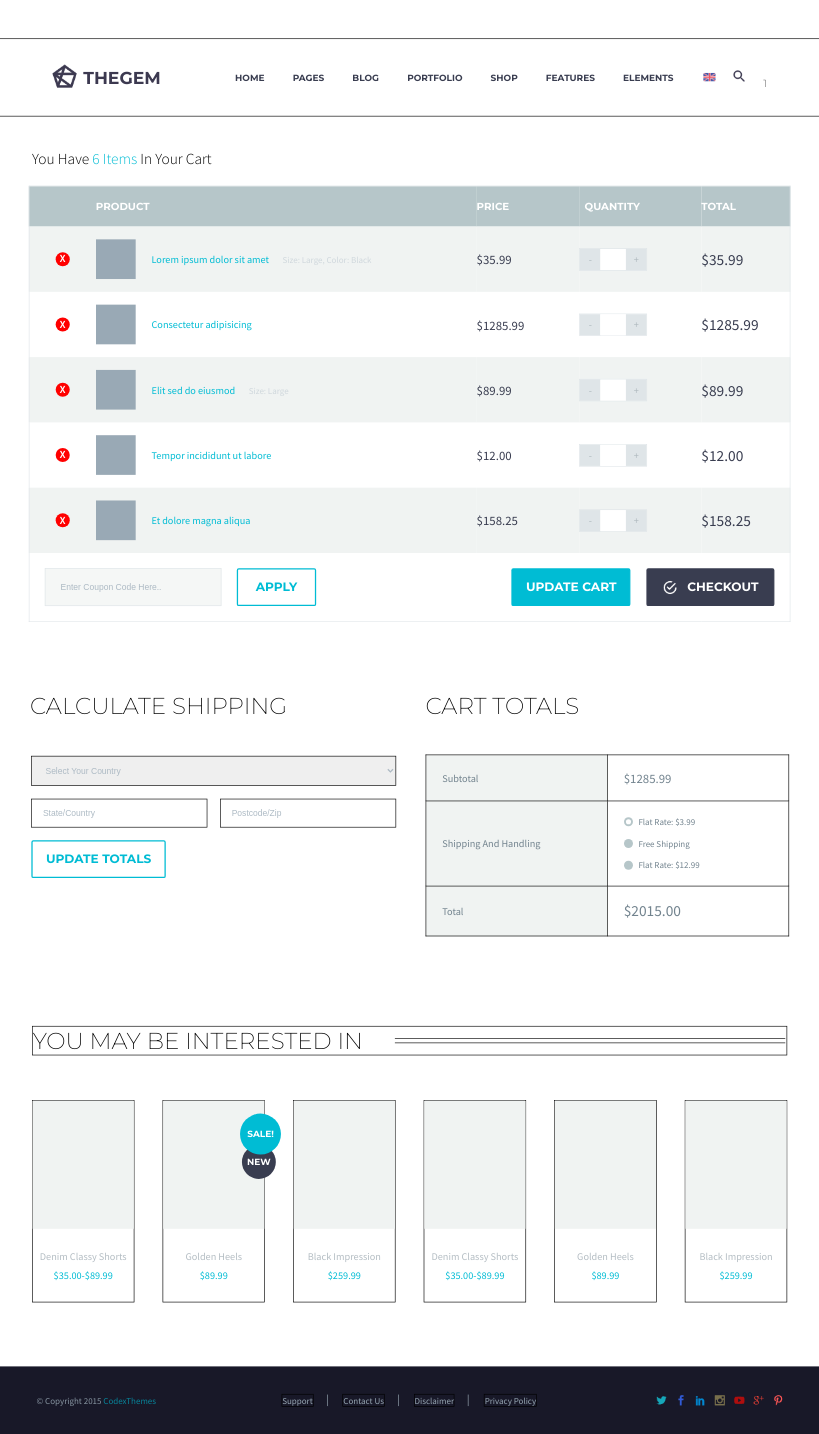
Repository: flylessbird/shop_cart
Page: html/page.html
The author's editor kept a copy of each file at every save. The page is drawn from the files as they stood at one save, then again after the next save.
The browser window is 1280 px wide. The pictures show the whole page, at 64% of full size.
The style sheet was rebuilt from its Sass, Less or Tailwind sources for each picture, by a compiler version that may differ from the author's.

Above is the page before, as saved 2022-05-11 11:07:45.

### html/page.html
<!DOCTYPE html>
<html lang="en">
  <head>
    <meta charset="UTF-8" />
    <meta http-equiv="X-UA-Compatible" content="IE=edge" />
    <meta name="viewport" content="width=device-width, initial-scale=1.0" />
    <title>Document</title>
    <link
    rel="stylesheet"
    href="https://cdnjs.cloudflare.com/ajax/libs/font-awesome/4.7.0/css/font-awesome.min.css"
  />
    <link
      href="https://fonts.googleapis.com/css2?family=Montserrat:wght@200;700&family=Source+Sans+Pro:wght@300;400&display=swap"
      rel="stylesheet"
    />
    <link rel="stylesheet" href="/fontawesome/css/all.min.css">
    <link rel="stylesheet" href="/css/page.css" />
  </head>
  <body>
    <div class="container">
      <nav class="nav" id="topnav">
        <ul class="logo">
          <li>
            <a href="#" class="side"><img src="/img/logo.png" alt="" /></a>
          </li>
          <li><a href="#" class="side gem">thegem</a></li>
        </ul>
        <ul class="logo_list1">
          <li><a href="#" class="mid">home</a></li>
          <li><a href="#" class="mid">pages</a></li>
          <li><a href="#" class="mid">blog</a></li>
          <li><a href="#" class="mid">portfolio</a></li>
          <li><a href="#" class="mid">shop</a></li>
          <li><a href="#" class="mid">features</a></li>
          <li><a href="#" class="mid">elements</a></li>
        </ul>

        <ul class="logo_list2">
          <li>
            <a href="" class="side"><img src="/img/uk.png" alt="" /></a>
          </li>
          <li>
            <a href="" class="side"><img src="/img/search.png" /></a>
          </li>
          <li class="shop_tag">
            <a href="" class="side"><i class="fa-solid fa-basket-shopping-simple"></i></a>
            <div class="tag">
              <span class="triangle"></span>
              <span class="square">1</span>
              </div>
          </li>
        </ul>
        <a href="javascript:void(0);" class="icon" onclick="myFunction()">
          <i class="fa fa-bars"></i>
        </a>

      </nav>
      <section class="table">
        <h2>you have<span> 6 items </span>in your cart</h2>
        <table class="detail">
          <tr class="head">
            <th></th>
            <th class="product_head"><span>product</span></th>
            <th><span>price</span></th>
            <th><span class="quantity_head">quantity</span></th>
            <th><span>total</span></th>
          </tr>

          <tr class="row">
            <td>
              <div class="close_cell"><span class="close_btn">x</span></div>
            </td>
            <td class="product_col">
              <div class="content">
                <span class="square"></span>
                <p class="text">
                  <span class="blue">Lorem ipsum dolor sit amet</span>
                  <span class="grey">size: large, color: black</span>
                </p>
              </div>
            </td>
            <td class="price_col">
              <span class="price">$35.99</span>
            </td>
            <td class="quantity_col">
              <div class="quantity">
                <div class="minus"><span>-</span></div>
                <input class="item"></input>
                <div class="plus"><span>+</span></div>
              </div>
            </td>
            <td class="total_col"><span class="total">$35.99</span></td>
          </tr>
          <tr class="row">
            <td>
              <div class="close_cell"><span class="close_btn">x</span></div>
            </td>
            <td class="product_col">
              <div class="content">
                <span class="square"></span>
                <p class="text">
                  <span class="blue">Consectetur adipisicing</span>
                </p>
              </div>
            </td>
            <td class="price_col">
              <span class="price">$1285.99</span>
            </td>
            <td class="quantity_col">
              <div class="quantity">
                <div class="minus"><span>-</span></div>
                <input class="item"></input>
                <div class="plus"><span>+</span></div>
              </div>
            </td>
            <td class="total_col"><span class="total">$1285.99</span></td>
          </tr>
          <tr class="row">
            <td>
              <div class="close_cell"><span class="close_btn">x</span></div>
            </td>
            <td class="product_col">
              <div class="content">
                <span class="square"></span>
                <p class="text">
                  <span class="blue">Elit sed do eiusmod</span>
                  <span class="grey">size: large</span>
                </p>
              </div>
            </td>
            <td class="price_col">
              <span class="price">$89.99</span>
            </td>
            <td class="quantity_col">
              <div class="quantity">
                <div class="minus"><span>-</span></div>
                <input class="item"></input>
                <div class="plus"><span>+</span></div>
              </div>
            </td>
            <td class="total_col"><span class="total">$89.99</span></td>
          </tr>
          <tr class="row">
            <td>
              <div class="close_cell"><span class="close_btn">x</span></div>
            </td>
            <td class="product_col">
              <div class="content">
                <span class="square"></span>
                <p class="text">
                  <span class="blue">Tempor incididunt ut labore</span>
                </p>
              </div>
            </td>
            <td class="price_col">
              <span class="price">$12.00</span>
            </td>
            <td class="quantity_col">
              <div class="quantity">
                <div class="minus"><span>-</span></div>
                <input class="item"></input>
                <div class="plus"><span>+</span></div>
              </div>
            </td>
            <td class="total_col"><span class="total">$12.00</span></td>
          </tr>
          <tr class="row">
            <td>
              <div class="close_cell"><span class="close_btn">x</span></div>
            </td>
            <td class="product_col">
              <div class="content">
                <span class="square"></span>
                <p class="text">
                  <span class="blue">Et dolore magna aliqua</span>
                </p>
              </div>
            </td>
            <td class="price_col">
              <span class="price">$158.25</span>
            </td>
            <td class="quantity_col">
              <div class="quantity">
                <div class="minus"><span>-</span></div>
                <input class="item"></input>
                <div class="plus"><span>+</span></div>
              </div>
            </td>
            <td class="total_col"><span class="total">$158.25</span></td>
          </tr>
          <tr class="last_row">
            <td colspan="5">
              <div class="btn">
                <input type="text" placeholder="enter coupon code here.." />
                <button class="apply">apply</button>
                <button class="cart">update cart</button>
                <button class="checkout"><img src="/img/check_item.png" alt=""><span>checkout</span></button>
              </div>
            </td>
          </tr>
        </table>
      </section>
      <section class="ship_total">
        <div class="ship">
          <h2>calculate shipping</h2>
          <table>
            <form action="">
              <tr>
                <td colspan="2">
                  <select name="" >
                    <option value="" disabled selected hidden>
                      Select Your Country
                    </option>
                    <option value="Vietnam">Vietnam</option>
                    <option value="India">India</option>
                    <option value="Japan">Japan</option>
                  </select>
                </td>
              </tr>
              <tr>
                <td>
                  <input type="text" placeholder="State/Country" />
                </td>
                <td>
                  <input class="zip" type="text" placeholder="Postcode/Zip" />
                </td>
              </tr>
              <tr>
                <td><button>update totals</button></td>
              </tr>
            </form>
          </table>
        </div>
        <div class="total">
          <h2>cart totals</h2>
          <table>
            <tr>
              <td class="left">subtotal</td>
              <td class="right subtotal_price">$1285.99</td>
            </tr>
            <tr>
              <td class="left">shipping and handling</td>
              <td class="right">
                <label class="ship_handle"
                  ><p>flat rate: $3.99</p>
                  <input type="radio" checked="checked" name="radio" />
                  <span class="checkmark"></span>
                </label>
                <label class="ship_handle second"
                  ><p>free shipping</p>
                  <input type="radio" name="radio" />
                  <span class="checkmark"></span>
                </label>
                <label class="ship_handle"
                  ><p>flat rate: $12.99</p>
                  <input type="radio" name="radio" />
                  <span class="checkmark"></span>
                </label>
              </td>
            </tr>

            <tr>
              <td class="left">total</td>
              <td class="right total_price">$2015.00</td>
            </tr>
          </table>
        </div>
      </section>
      <section class="product">
        <h2>you may be interested in<span></span></h2>
        <div class="cards">
          <div class="card">
            <div class="square"></div>
            <div class="content">
              <p class="name">denim classy shorts</p>
              <p class="price">$35.00-$89.99</p>
            </div>
          </div>
          <div class="card">
            <div class="square">
              <div class="badget">
                <div class="sale">sale!</div>
                <div class="new">new</div>
              </div>
            </div>
            <div class="content">
              <p class="name">golden heels</p>
              <p class="price">$89.99</p>
            </div>
          </div>
          <div class="card">
            <div class="square"></div>
            <div class="content">
              <p class="name">black impression</p>
              <p class="price">$259.99</p>
            </div>
          </div>
          <div class="card">
            <div class="square"></div>
            <div class="content">
              <p class="name">denim classy shorts</p>
              <p class="price">$35.00-$89.99</p>
            </div>
          </div>
          <div class="card">
            <div class="square"></div>
            <div class="content">
              <p class="name">golden heels</p>
              <p class="price">$89.99</p>
            </div>
          </div>
          <div class="card">
            <div class="square"></div>
            <div class="content">
              <p class="name">black impression</p>
              <p class="price">$259.99</p>
            </div>
          </div>
        </div>
      </section>
      <footer class="ft">
        <div class="text">
          <span class="copy">&copy; Copyright 2015</span>
          <span class="theme">CodexThemes</span>
        </div>
        <ul class="ft_option">
          <li><a href="#">support</a></li>
          <li><a href="#">contact us</a></li>
          <li><a href="#">disclaimer</a></li>
          <li><a href="#">privacy policy</a></li>
        </ul>
        <img src="/img/social.png" alt="" />
      </footer>
    </div>
    <script src="/js/nav.js"></script>
  </body>
</html>

### css/_reset.scss
* {
  box-sizing: border-box;
  margin: 0;
  padding: 0;
}
body {
  text-transform: capitalize;
  font-size: 16px;
  font-family: "Source Sans Pro", sans-serif;
}
h2 {
  font-family: "Montserrat", sans-serif;
  font-weight: 200;
  font-size: 36px;
  text-transform: uppercase;
  margin-bottom: 55px;
}

### css/_var.scss
$blue: #00bcd4;
$blue_theme: #08859b;
$grey_nav: #3c3950;
$grey_bd: #dfe5e8;
$grey_bg_total: #f0f3f2;
$grey_text_total: #72838e;
// $grey_input_total: #b6c6c9;
$grey_input_ship: #adbac4;
$grey_card_text: #b4bdc3;
$grey_radio: #b6c6c9;
$grey_square: #f0f3f2;
$grey_ava: #99a9b5;
$grey_copy: #8896a2;
$white: white;
$black: #393d50;
$black_bg_ft: #181828;
$red: red;
$grey_info: #cfd7dc;
$grey_price: #cbcad0;
$grey_item: #afb9be;
$grey_bg_input: #f5f7f6;
$blue_hover: #3498db;

### css/_mixin.scss
@mixin circle($s) {
  width: $s;
  height: $s;
  border-radius: 50%;
}

Loaded but not shown: fontawesome/css/all.min.css (library); js/nav.js (8 lines, source omitted); css/page.scss (675 lines, source omitted)

After the next save:
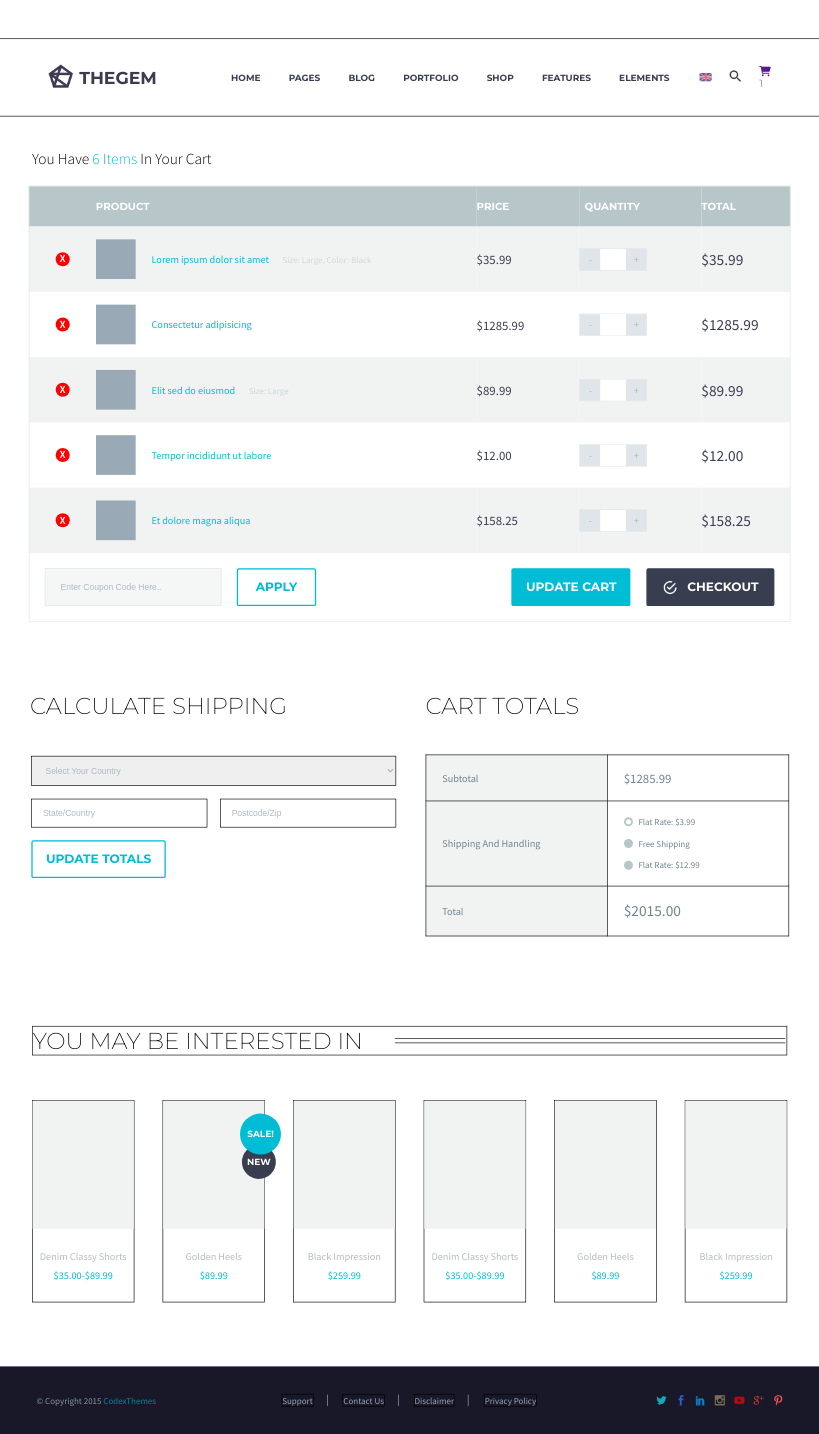
Saved 11 s later.
--- a/html/page.html
+++ b/html/page.html
@@ -43,7 +43,7 @@
             <a href="" class="side"><img src="/img/search.png" /></a>
           </li>
           <li class="shop_tag">
-            <a href="" class="side"><i class="fa-solid fa-basket-shopping-simple"></i></a>
+            <a href="" class="side"><i class="fa fa-shopping-cart"></i></a>
             <div class="tag">
               <span class="triangle"></span>
               <span class="square">1</span>
